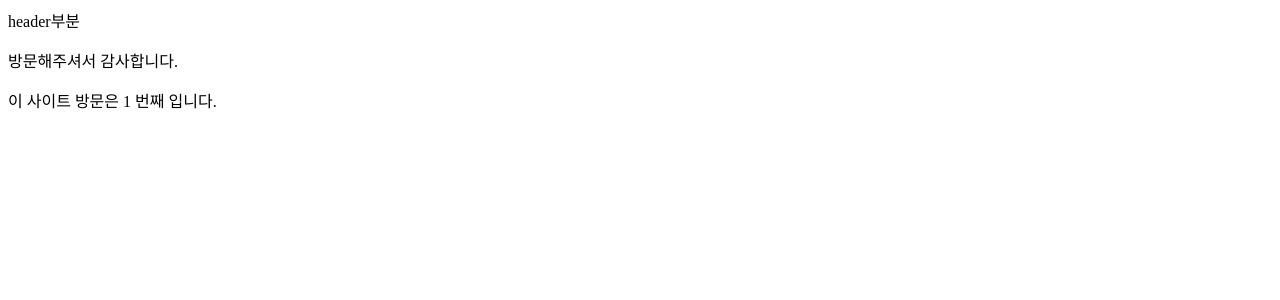
Repository: 6dreamhigh/jsp
Page: http://localhost/BookMarket/ch03/include02.jsp
An editor plug-in stored every save of this project. The page is shown before and after a run of saves, followed by the edit.
The browser window is 1280 px wide. The pictures show the whole page.
The page is served by Tomcat 9.

Above is the page before, as saved 2024-08-12 07:57:07.

After the next 3 saves:
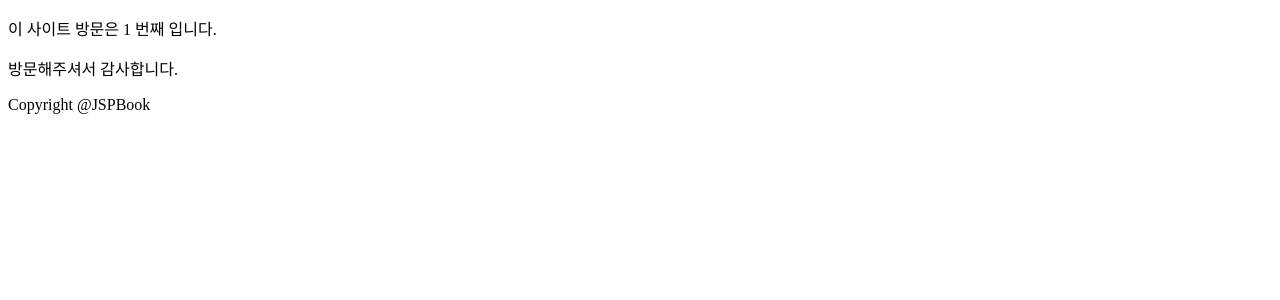
The 3 saves are shown as one change because 2 did not build or start.
The last was saved 2 min 28 s later.
--- a/BookMarket/src/main/webapp/ch03/inclue02_header.jsp
+++ b/BookMarket/src/main/webapp/ch03/inclue02_header.jsp
@@ -7,7 +7,17 @@
 <title>Insert title here</title>
 </head>
 <body>
-	<div>header부분</div>
+<div>
+	<%! int pageCount = 0;
+		void addCount(){
+			pageCount++;
+		}
+	%>
 
+	<%
+	addCount();
+	%>
+<p>이 사이트 방문은 <%= pageCount %> 번째 입니다.</p>
+</div>
 </body>
 </html>
--- a/BookMarket/src/main/webapp/ch03/inclue02_footer.jsp
+++ b/BookMarket/src/main/webapp/ch03/inclue02_footer.jsp
@@ -7,17 +7,7 @@
 <title>Insert title here</title>
 </head>
 <body>
-<div>
-	<%! int pageCount = 0;
-		void addCount(){
-			pageCount++;
-		}
-	%>
-
-	<%
-	addCount();
-	%>
-<p>이 사이트 방문은 <%= pageCount %> 번째 입니다.</p>
+<p>Copyright @JSPBook</p>
 </div>
 </body>
 </html>
